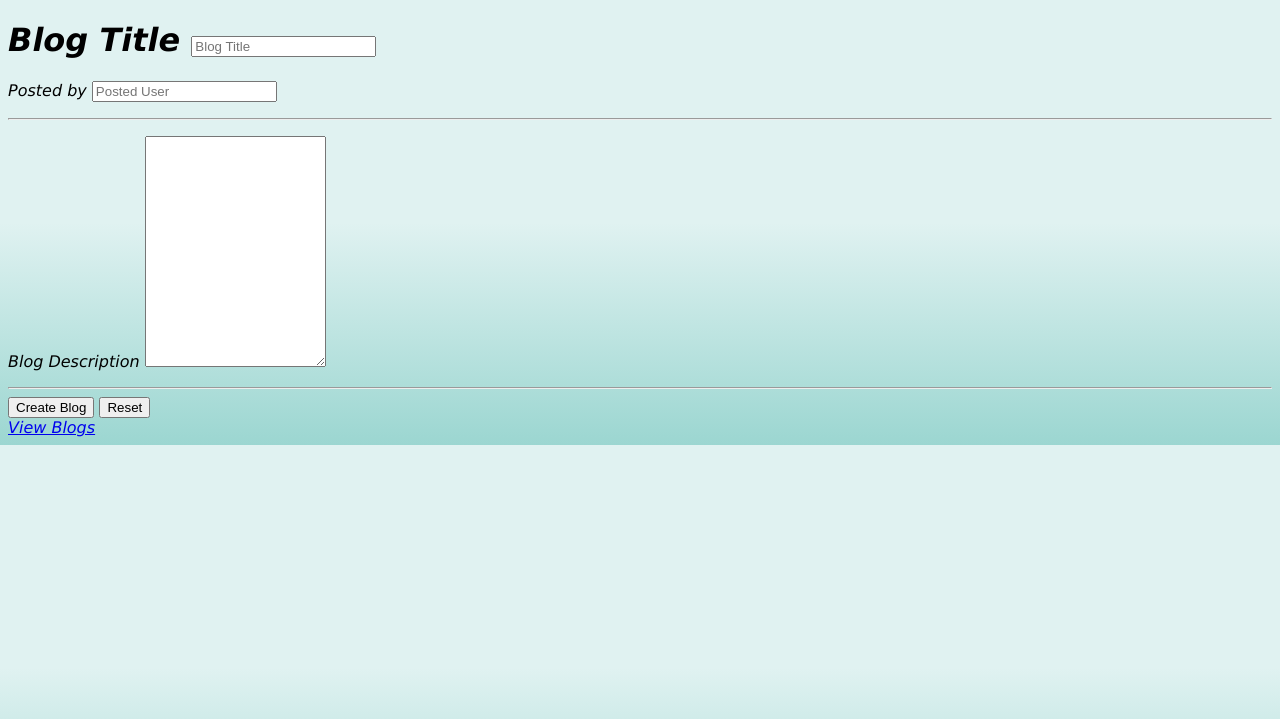
Repository: Indurupi/FriendZone
Page: FriendZoneFrontEnd/WebContent/createblog.html
An editor plug-in stored every save of this project. The page is shown before and after the next save, followed by the edit.
The browser window is 1280 px wide. The pictures show the whole page.

Above is the page before, as saved 2017-03-20 18:29:52.

After the next save:
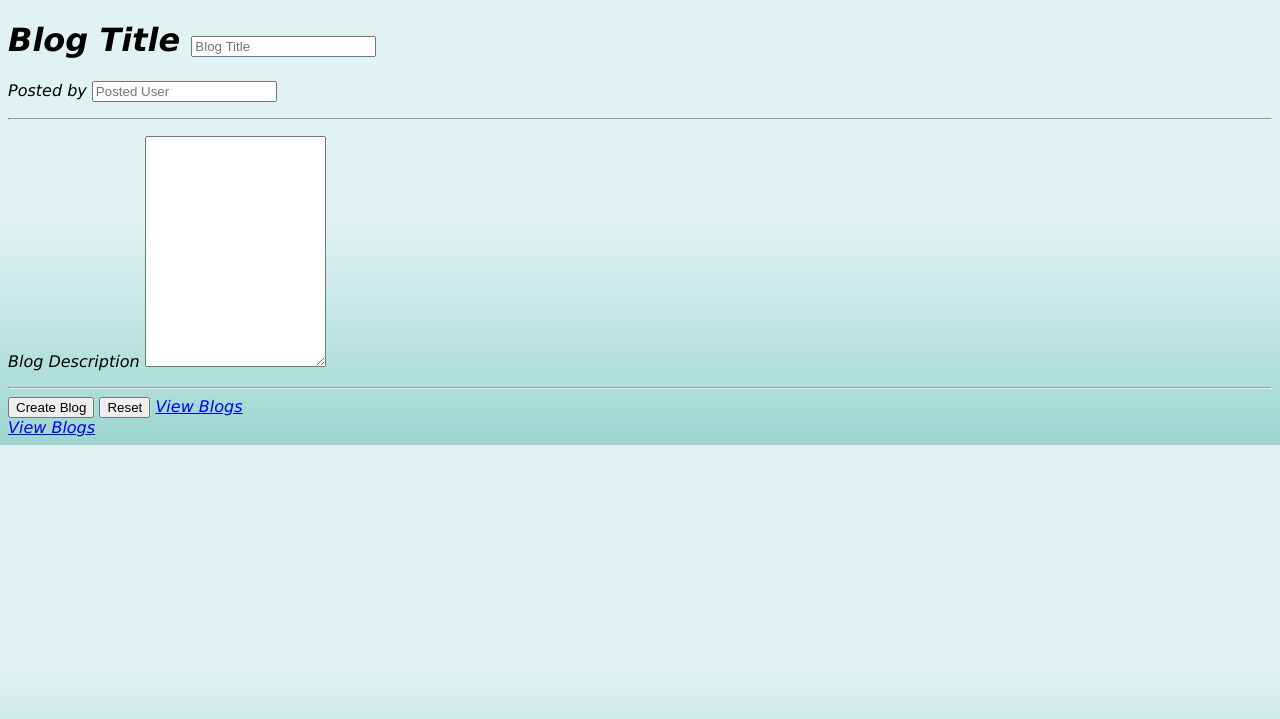
Saved 20 s later.
--- a/FriendZoneFrontEnd/WebContent/createblog.html
+++ b/FriendZoneFrontEnd/WebContent/createblog.html
@@ -67,7 +67,8 @@ body {
 							Blog</button>
 						<button class="btn" id="custom-button" ng-click="bc.reset()"
 							type="reset">Reset</button>
-
+						<a class="btn" id="custom-button" href="#viewallblogs">View
+						Blogs</a>
 					</form>
 					<a class="btn" id="custom-button" href="#viewallblogs">View
 						Blogs</a>
